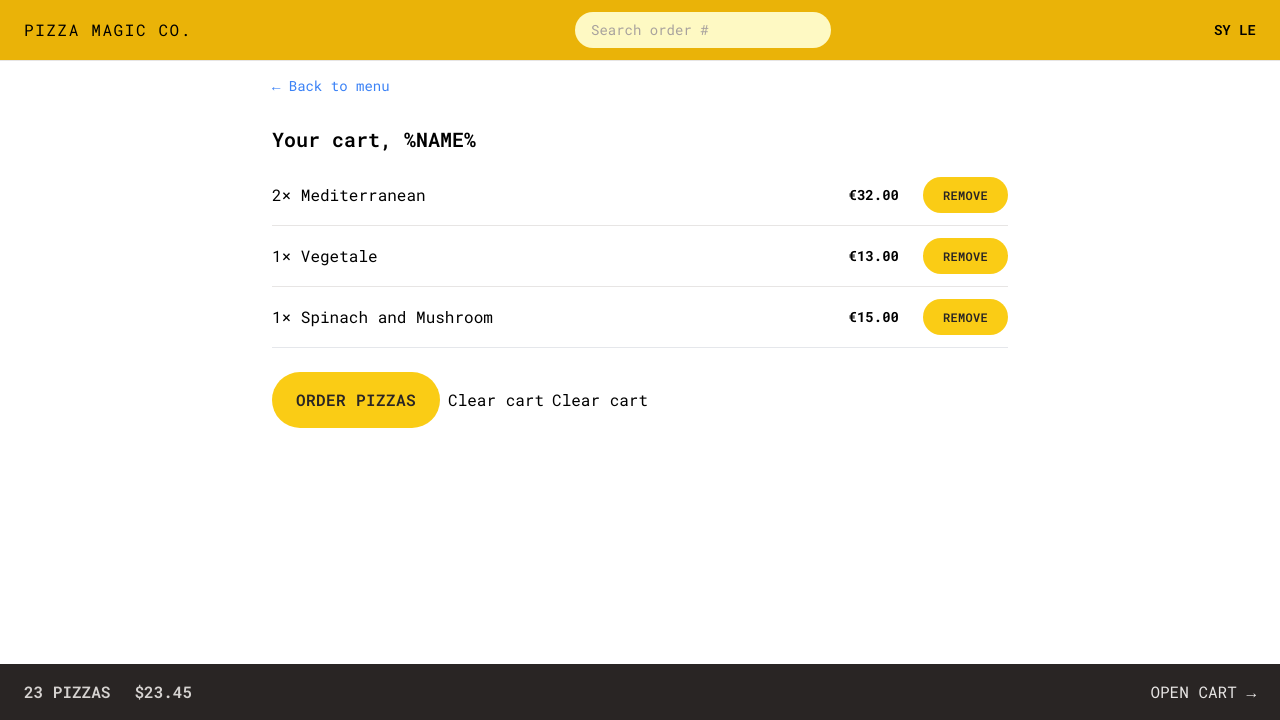
Repository: SyLe-Van/The-Pizza-Magic-web
Page: /cart
These files come from the project's save history. The page is drawn as it stood at one moment and after the next save; the edit follows.
The browser window is 1280 px wide. The pictures show the whole page.
The project was rebuilt for these pictures with package versions that can differ from the ones it lists, and the page was loaded fresh each time. Also part of the build but not shown: vite.config.js, src/features/user/CreateUser.jsx, src/ui/Home.jsx, src/ui/Loader.jsx, src/services/apiRestaurant.js, src/features/menu/Menu.jsx, src/ui/Error.jsx, src/features/order/CreateOrder.jsx and 1 more. Imported but missing from the stored project, and not drawn on this page: src/features/menu/MenuItem.

Above is the page before, as saved 2024-07-28 18:24:53.

### index.html
<!doctype html>
<html lang="en">
  <head>
    <meta charset="UTF-8" />
    <link rel="icon" type="image/svg+xml" href="/vite.svg" />
    <meta name="viewport" content="width=device-width, initial-scale=1.0" />
    <link rel="preconnect" href="https://fonts.googleapis.com">
    <link rel="preconnect" href="https://fonts.gstatic.com" crossorigin>
    <link href="https://fonts.googleapis.com/css2?family=Roboto+Mono:ital,wght@0,100..700;1,100..700&display=swap"
      rel="stylesheet">
    <title>Vite + React</title>
  </head>
  <body clas="bg-stone-100 text-stone-700">
    <div id="root"></div>
    <script type="module" src="/src/main.jsx"></script>
  </body>
</html>

### src/App.jsx
import {RouterProvider, createBrowserRouter } from "react-router-dom"
import Home from "./ui/Home"
import AppLayout from "./ui/AppLayout"
import Menu, {loader as menuLoader} from "./features/menu/Menu"
import Cart from "./features/cart/Cart"
import Error from "./ui/Error"
import CreateOrder, {action as CreateOrderAction} from "./features/order/CreateOrder"
import Order, {loader as orderLoader} from "./features/order/Order"
const router = createBrowserRouter([
  {
    element: <AppLayout />,
    errorElement: <Error />,
    children: [
      {
        path: "/",
        element: <Home />
      },
      {
        path: "/menu",
        element: <Menu />,
        loader: menuLoader,
        errorElement: <Error />,
      },
      {
        path: "/cart",
        element: <Cart />
      },
      {
        path: "/order/new",
        element: <CreateOrder />,
        action: CreateOrderAction,
      },
      {
        path: "/order/:orderId",
        element: <Order />,
        loader: orderLoader,
        errorElement: <Error />,
      }
    ]
  },


])

export default function App() {
  return <RouterProvider router={router} />
}

### src/index.css
@tailwind base;
@tailwind components;
@tailwind utilities;

@layer components {
  .input{
    @apply
      rounded-full
       md:px-6 md:py-3
        focus:ring
        focus:ring-yellow-400
         focus:outline-none
          border
           border-stone-200
            w-full px-4 py-2
            text-sm transition-all
             duration-300
              placeholder:text-stone-400
               bg-slate-300

  }
    .loader {
      width: 45px;
      aspect-ratio: 0.75;
      --c: no-repeat linear-gradient(theme(colors.stone.800) 0 0);
      background: var(--c) 0% 50%, var(--c) 50% 50%, var(--c) 100% 50%;
      background-size: 20% 50%;
      animation: loading 1s infinite linear;
    }

    @keyframes loading {
      20% {
        background-position: 0% 0%, 50% 50%, 100% 50%;
      }

      40% {
        background-position: 0% 100%, 50% 0%, 100% 50%;
      }

      60% {
        background-position: 0% 50%, 50% 100%, 100% 0%;
      }

      80% {
        background-position: 0% 50%, 50% 50%, 100% 100%;
      }
    }
}
/* body {
  font-family: system-ui, -apple-system, BlinkMacSystemFont, 'Segoe UI', Roboto,
    Oxygen, Ubuntu, Cantarell, 'Open Sans', 'Helvetica Neue', sans-serif;
  background-color: #f7f7f7;
  color: #444;
}

.layout {
  display: grid;
  grid-template-rows: auto 1fr auto;
  gap: 32px;
  height: 100dvh;

} */

/* https://dev.to/afif/i-made-100-css-loaders-for-your-next-project-4eje */

### src/ui/AppLayout.jsx
import { Outlet, useNavigation } from "react-router-dom";
import CartOverview from "../features/cart/CartOverview";
import Header from "./Header";
import Loader from "./Loader";
export default function AppLayout() {
    const navigation = useNavigation()
    const isLoading = navigation.state === "loading"
    return (
        <div className="grid h-screen grid-rows-[auto_1fr_auto]">
            {isLoading && <Loader />}
            <Header />
            <div className="overflow-scroll">
                <main className="mx-auto max-w-3xl ">
                    <Outlet />
                </main>
            </div>
            <CartOverview />
        </div>
    )
}

### src/features/cart/Cart.jsx
import { Link } from 'react-router-dom';
import LinkButton from '../../ui/LinkButton';
import Button from '../../ui/Button';
import CartItem from './CartItem';
const fakeCart = [
  {
    pizzaId: 12,
    name: 'Mediterranean',
    quantity: 2,
    unitPrice: 16,
    totalPrice: 32,
  },
  {
    pizzaId: 6,
    name: 'Vegetale',
    quantity: 1,
    unitPrice: 13,
    totalPrice: 13,
  },
  {
    pizzaId: 11,
    name: 'Spinach and Mushroom',
    quantity: 1,
    unitPrice: 15,
    totalPrice: 15,
  },
];

function Cart() {
  const cart = fakeCart;

  return (
    <div className='py-3 px-4 '>
      <LinkButton to="/menu">&larr; Back to menu</LinkButton>
      <h2 className='mt-7 text-xl font-semibold'>Your cart, %NAME%</h2>
      <ul className='divide-y divide-stone-200 border-b mt-3'>
        {cart.map(item => <CartItem item={item} key={item.key} />)}
      </ul>
      <div className='mt-6 space-x-2'>
        <Button type="primary" to="/order/new">Order pizzas</Button>

        <Button type="secondary">Clear cart</Button>
        <button>Clear cart</button>
      </div>
    </div>
  );
}

export default Cart;

### src/features/cart/CartOverview.jsx
import { Link } from "react-router-dom";

export default function CartOverview() {
  return (
    <div className="bg-stone-800 text-stone-200 py-4 justify-between uppercase  px-4 sm:px-6 md:text-base flex items-center">
      <p className="text-stone-300 font-semibold space-x-4 sm:space-x-6">
        <span>23 pizzas</span>
        <span>$23.45</span>
      </p>
      <Link to='/cart'>Open cart &rarr;</Link>
    </div>
  );
}

### src/ui/Header.jsx
import { Link } from "react-router-dom";
import Username from "../features/user/Username";
import SearchOrder from "../features/order/SearchOrder";

export default function Header() {
    return (
        <header className="bg-yellow-500  flex items-center justify-between uppercase py-3 px-4 border-b border-stone-200 sm:px-6">
            <Link className="tracking-widest" to="/">Pizza Magic Co.</Link>
            <SearchOrder />

            <Username />

        </header>
    )
}

### src/ui/LinkButton.jsx
import {Link, useNavigate } from 'react-router-dom';
function LinkButton({ children, to }) {
    const navigatate = useNavigate();
    const className = "text-sm text-blue-500 hover:text-blue-600 hover:underline"
    if(to === '-1') {
        return (
            <button className={className} onClick={() => navigatate(-1)}>
            {children}
          </button>
        );
    }
  return (
      <Link to={to} className={className}>
          {children}
    </Link>
  );
}

export default LinkButton;

### src/ui/Button.jsx
import { Link } from "react-router-dom";
function Button({ children, disabled, to , type}) {

    const base = "bg-yellow-400 focus:outline-none focus:ring-offset-2 focus:ring focus:ring-yellow-300 focus:bg-yellow-300 duration-300 transition-colors uppercase font-semibold   text-stone-800 inline-block  tracking-wide rounded-full hover:bg-yellow-300 disabled:cursor-not-allowed "
    const styles = {
        primary: base + "py-3 px-4 md:px-6 md:py-4",
        small: base + "px-4 py-2 md:px-5 md:py-2.5 text-xs"
    }
    if (to) {
        return <Link className={styles[type]} to={to}>{children}</Link>
    }
    return <button disabled={disabled} className={styles[type]}>
      {children}
  </button>
}
export default Button;

### src/features/cart/CartItem.jsx
import Button from "../../ui/Button";
import { formatCurrency } from "../../utils/helpers";
function CartItem({ item }) {
  const { pizzaId, name, quantity, totalPrice } = item;

  return (
    <li className="py-3 sm:flex sm:items-center sm:justify-between ">
      <p className="mb-1 sm:mb-0">
        {quantity}&times; {name}
      </p>
      <div className="flex justify-between sm:gap-6 items-center">
        <p className="text-sm font-bold">{formatCurrency(totalPrice)}</p>
        <Button type="small">Remove</Button>
      </div>
    </li>
  );
}

export default CartItem;

### src/features/user/Username.jsx
function Username() {
    return (
        <div className="text-sm hidden font-semibold md:block">Sy Le</div>
    )
}

export default Username;

### src/features/order/SearchOrder.jsx
import {useState} from 'react';
import { useNavigate } from 'react-router-dom';
export default function SearchOrder() {
    const [query, setQuery] = useState("");
    const navigate = useNavigate()

    function handleSubmit(e) {
        e.preventDefault();
        if (!query) return;
        navigate('/order/' + query)
        setQuery("")
    }
    return (
        <form onSubmit={handleSubmit}>
            <input  placeholder="Search order #"
                value={query}
                onChange={e => setQuery(e.target.value)}
                className='w-28 transition-all duration-300 focus:ring-opacity-50 rounded-full bg-yellow-100 px-4 py-2 text-sm placeholder:text-stone-400 sm:w-64 sm:focus:focus:w-72 focus:outline-none focus:ring focus:ring-yellow-500'
            />
        </form>
    )
}

### tailwind.config.js
/** @type {import('tailwindcss').Config} */
module.exports = {
  content: ["./index.html", "./src/**/*.{html,js,jsx,tsx}"],
  theme: {
    fontFamily: {
      sans: "Roboto Mono, monospace",
    },

    extend: {
      fontSize: {
        huge: ["8rem", { lineHeight: "1" }],
      },
      height: {
        screen: "100dvh",
      },
    },
  },
  plugins: [],
};

Loaded but not shown: src/main.jsx (common file); src/utils/helpers.js (common file)

After the next save:
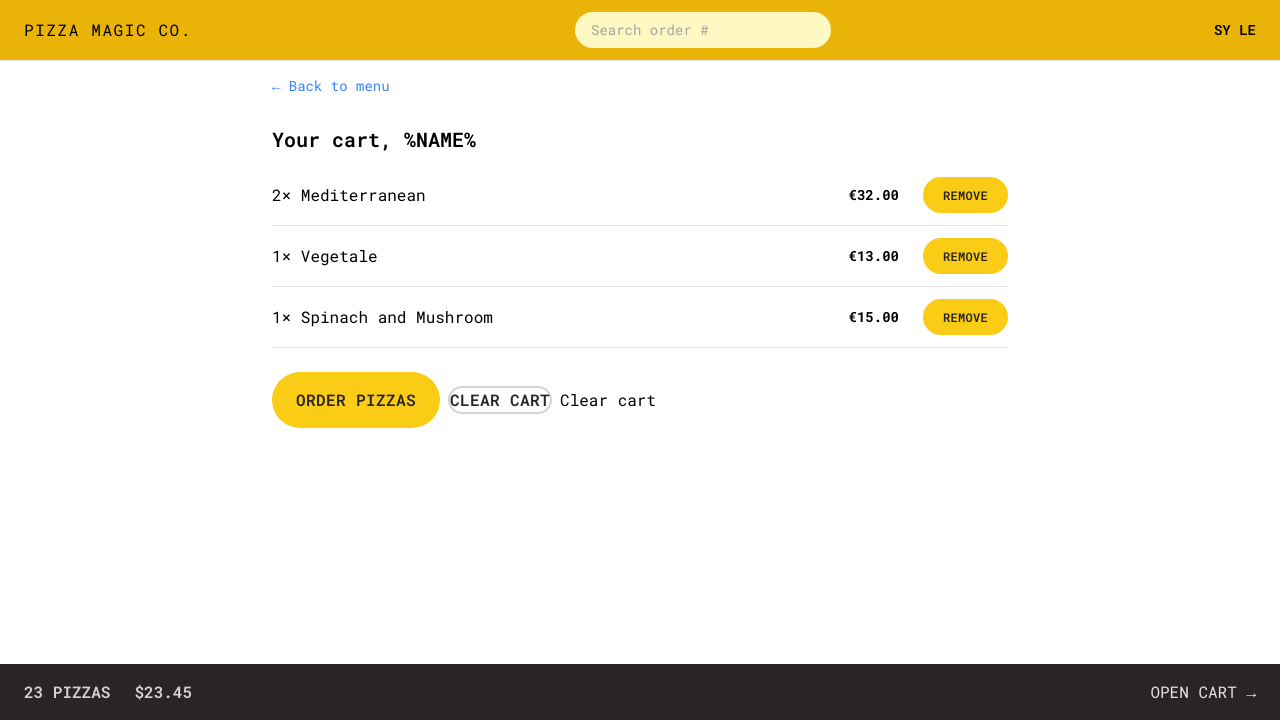
Saved 118 s later.
--- a/src/ui/Button.jsx
+++ b/src/ui/Button.jsx
@@ -3,6 +3,7 @@ function Button({ children, disabled, to , type}) {
 
     const base = "bg-yellow-400 focus:outline-none focus:ring-offset-2 focus:ring focus:ring-yellow-300 focus:bg-yellow-300 duration-300 transition-colors uppercase font-semibold   text-stone-800 inline-block  tracking-wide rounded-full hover:bg-yellow-300 disabled:cursor-not-allowed "
     const styles = {
+        secondary: "focus:outline-none border-2 border-stone-300 focus:ring-offset-2 focus:ring focus:ring-yellow-300 focus:bg-yellow-300 duration-300 transition-colors uppercase font-semibold   text-stone-800 inline-block  tracking-wide rounded-full hover:bg-yellow-300 disabled:cursor-not-allowed ",
         primary: base + "py-3 px-4 md:px-6 md:py-4",
         small: base + "px-4 py-2 md:px-5 md:py-2.5 text-xs"
     }
